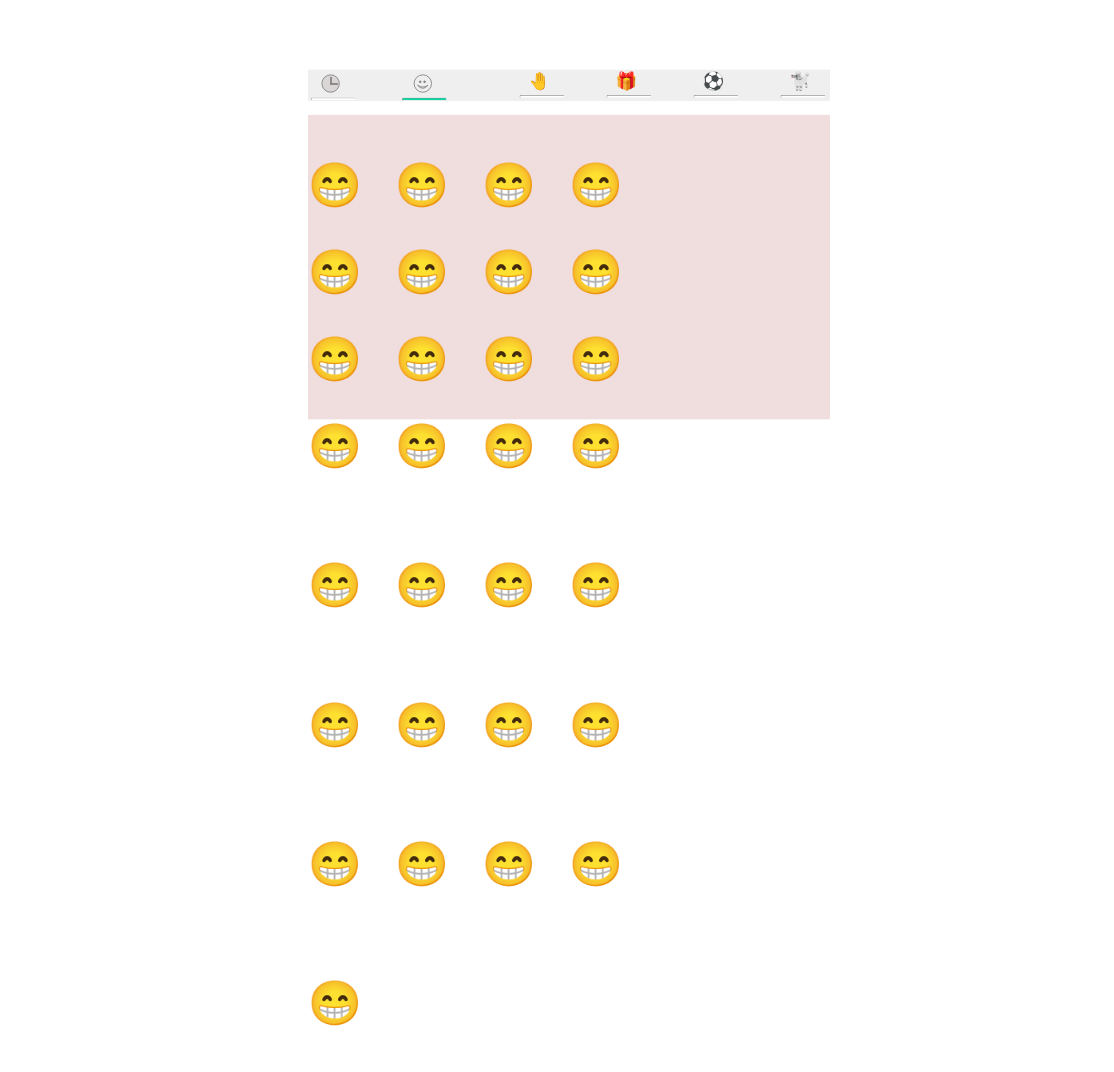
Repository: Gaj123-coder/emoji-search-app
Page: /
The author's editor kept a copy of each file at every save. The page is drawn from the files as they stood at one save, then again after a run of saves.
The browser window is 1280 px wide. The pictures show the whole page, at 87% of full size.
The project was rebuilt for these pictures with package versions that can differ from the ones it lists, and the page was loaded fresh each time.

Above is the page before, as saved 2021-10-31 12:31:33.

After the next 2 saves:
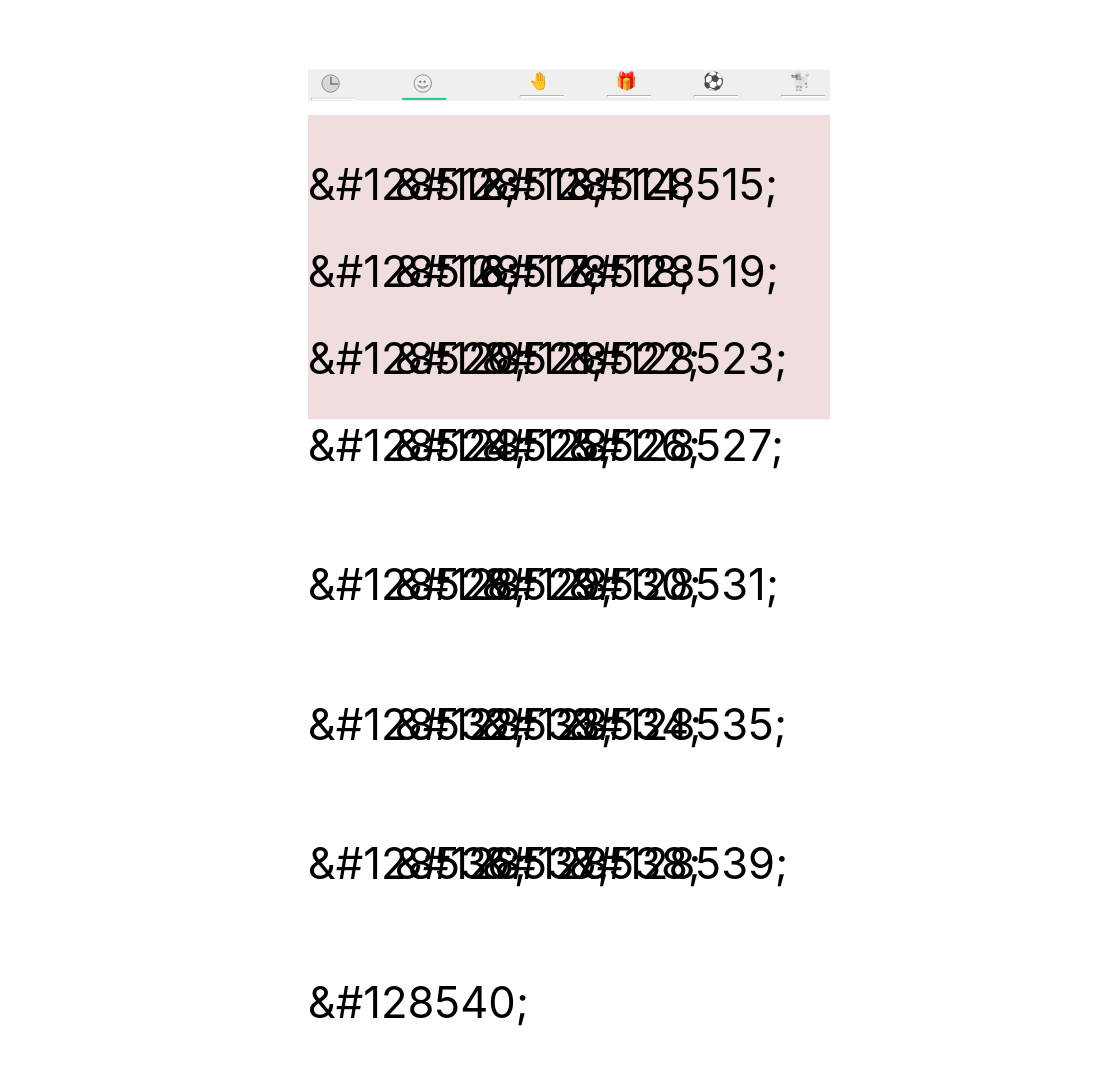
The 2 saves are shown as one change because 1 did not build or start.
The last was saved 48 s later.
--- a/src/Components/Result/result.js
+++ b/src/Components/Result/result.js
@@ -13,7 +13,7 @@ const Res=(props)=>{
     return (
         <div className={Em["emoji"]}>
             {data.map((val)=>{return <div>
-                    <p style={{fontSize:"50px"}}>&#128513;</p>
+                    <p style={{fontSize:"50px"}}>&#{val};</p>
                 </div>
                 console.log(val);
             })}
